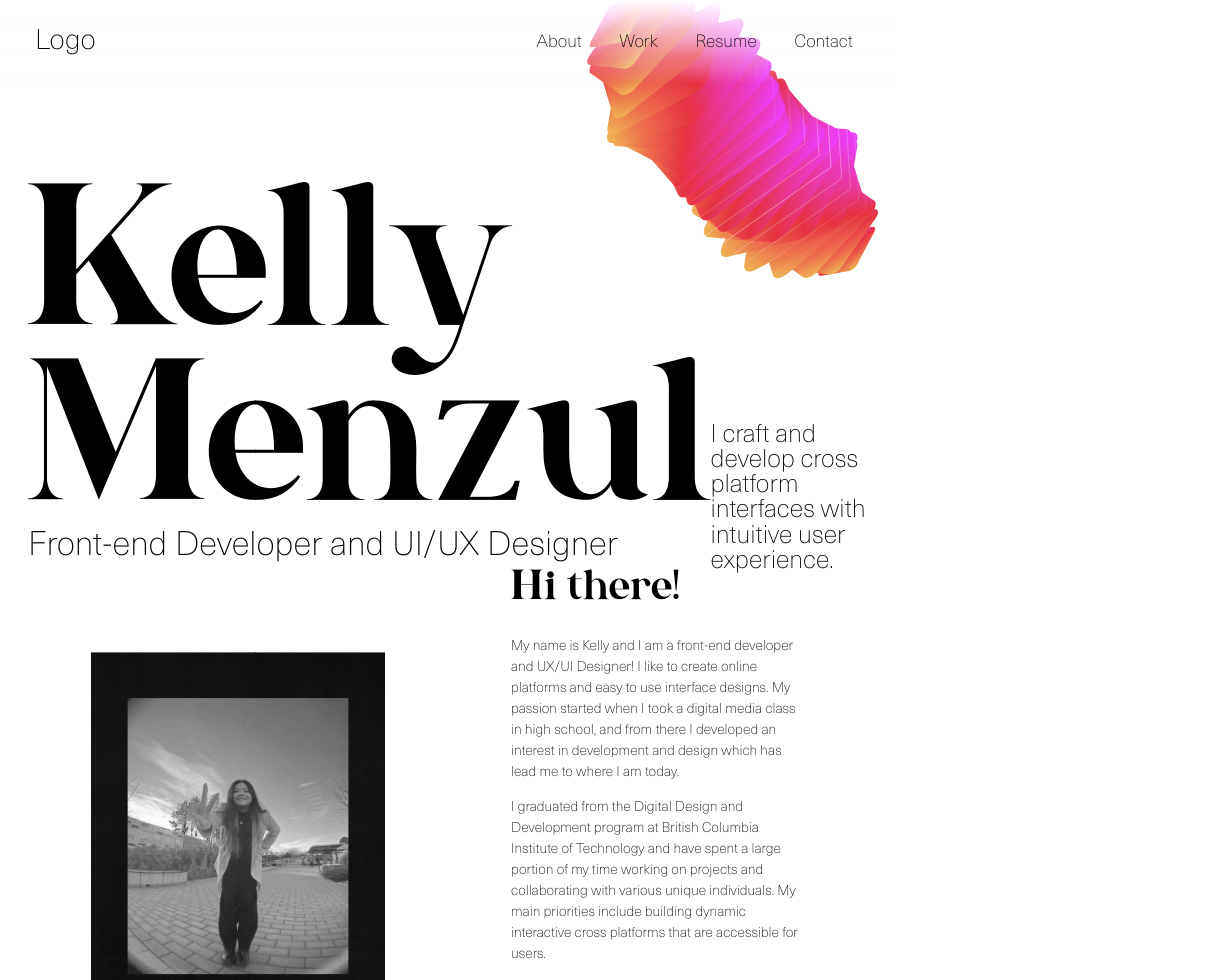
Repository: KellyMenzul/Kelly-Menzul
Page: /
These files come from the project's save history. The page is drawn as it stood at one moment and after the next save; the edit follows.
The browser window is 1280 px wide. The page is 1592 px wide, then 1752 px, so the pictures cover 1752 px, including what lies to the right of the window. The pictures show the part of the page from y = 0 to 1400 px (the page is 2160 px tall), at 70% of full size.
The project was rebuilt for these pictures with package versions that can differ from the ones it lists, and the page was loaded fresh each time. The framework's server and built-in components were replaced by stand-ins that run in the browser. Also part of the build but not shown: next.config.js.

Above is the page before, as saved 2022-01-20 15:27:45.

After the next save:
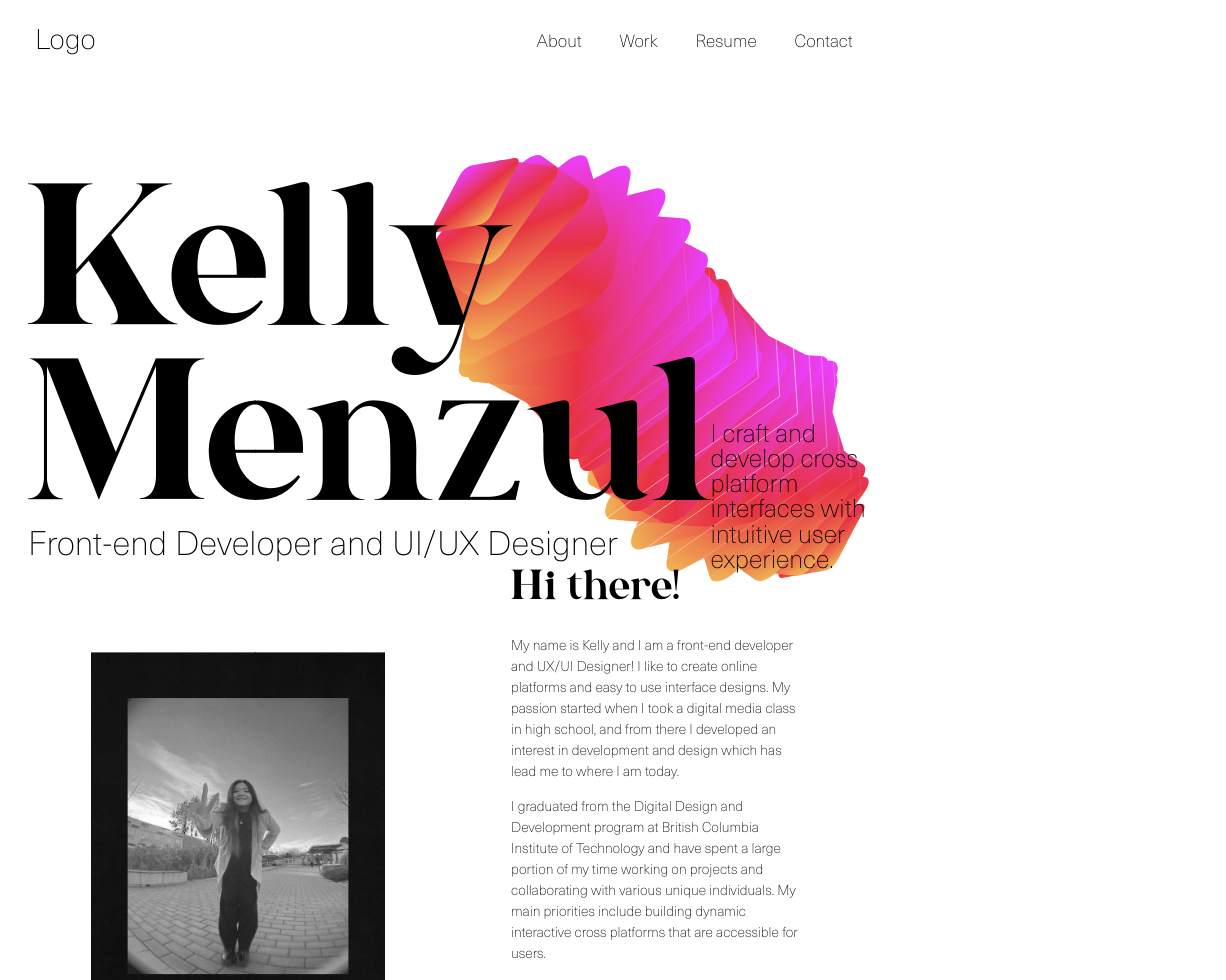
Saved 36 s later.
--- a/pages/index.js
+++ b/pages/index.js
@@ -109,8 +109,8 @@ justify-content:center;
 const LoadHolder = styled.div`
 position:absolute;
 z-index:-1;
-top:-350px;
-left:500px;
+top:-300px;
+left:100px;
 
 `
 const TextHolder  =styled.div``
